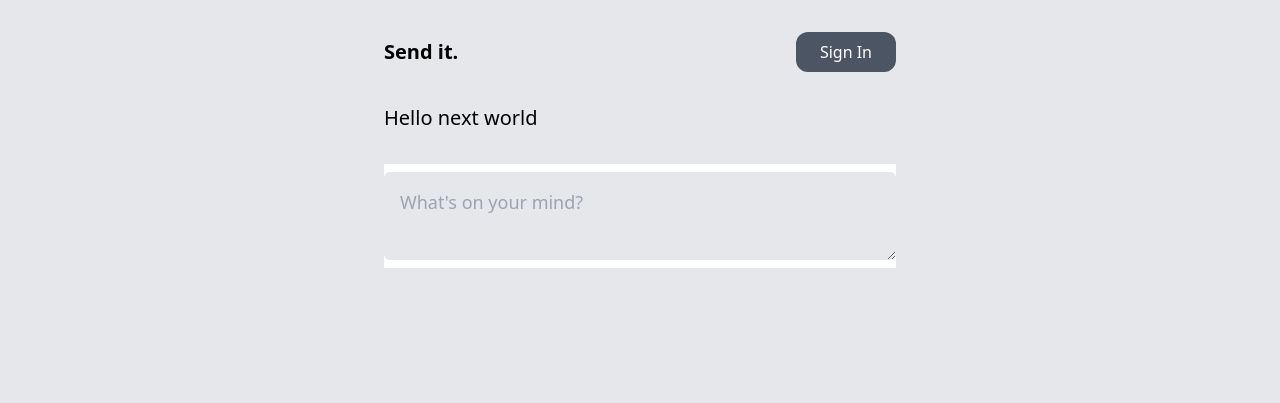
Repository: AMT98/SEND-IT
Page: /
An editor plug-in stored every save of this project. The page is shown before and after a run of saves, followed by the edit.
The browser window is 1280 px wide. The pictures show the whole page.
The page's requests for data from a server got no answer. The project was rebuilt for these pictures with package versions that can differ from the ones it lists, and the page was loaded fresh each time. The framework's server and built-in components were replaced by stand-ins that run in the browser. No one was signed in, and anything a server would have sent is missing. Also part of the build but not shown: next.config.js, app/auth/Logged.tsx.

Above is the page before, as saved 2023-02-14 17:00:20.

### app/layout.jsx
import Nav from "./auth/Nav";
import "./globals.css";
import { Roboto } from "@next/font/google";
const roboto = Roboto ({
  subsets: ["latin"],
  weight: ['400', "700"],
  variable: "--font-roboto"
})
export default function RootLayout({ children }) {
  return (
    <html lang="en">
      {/*
        <head /> will contain the components returned by the nearest parent
        head.tsx. Find out more at https://beta.nextjs.org/docs/api-reference/file-conventions/head
      */}
      <head />
      <body className={`mx-4 md:mx-48 xl:mx-96 ${roboto.variable} bg-gray-200`}>
        <Nav />
        {children}
      </body>
    </html>
  );
}

### app/page.tsx
"use client";
import AddPost from "./components/AddPost";

export default function Home() {
  return (
    <main>
      <h1 className="text-xl">Hello next world</h1>
      <AddPost />
    </main>
  );
}

### app/auth/Nav.tsx
import Link from "next/link";
import Login from "./Login";
import { getServerSession } from "next-auth/next";
import { authOptions } from "../../pages/api/auth/[...nextauth]";
import Logged from "./Logged";

const Nav = async () => {
  const session = await getServerSession(authOptions);

  return (
    <nav className="flex justify-between items-center py-8">
      <Link href={"/"}>
        <h1 className="font-bold text-xl">Send it.</h1>
      </Link>
      <ul className="flex items-center gap-6">
        {!session?.user && <Login />}
        {session?.user && <Logged image={session.user?.image || ""} />}
      </ul>
    </nav>
  );
};

export default Nav;

### app/globals.css
@tailwind base;
@tailwind components;
@tailwind utilities;

:root {
  --max-width: 1100px;
  --border-radius: 12px;
  --font-mono: ui-monospace, Menlo, Monaco, 'Cascadia Mono', 'Segoe UI Mono',
    'Roboto Mono', 'Oxygen Mono', 'Ubuntu Monospace', 'Source Code Pro',
    'Fira Mono', 'Droid Sans Mono', 'Courier New', monospace;

  --foreground-rgb: 0, 0, 0;
  --background-start-rgb: 214, 219, 220;
  --background-end-rgb: 255, 255, 255;

  --primary-glow: conic-gradient(
    from 180deg at 50% 50%,
    #16abff33 0deg,
    #0885ff33 55deg,
    #54d6ff33 120deg,
    #0071ff33 160deg,
    transparent 360deg
  );
  --secondary-glow: radial-gradient(
    rgba(255, 255, 255, 1),
    rgba(255, 255, 255, 0)
  );

  --tile-start-rgb: 239, 245, 249;
  --tile-end-rgb: 228, 232, 233;
  --tile-border: conic-gradient(
    #00000080,
    #00000040,
    #00000030,
    #00000020,
    #00000010,
    #00000010,
    #00000080
  );

  --callout-rgb: 238, 240, 241;
  --callout-border-rgb: 172, 175, 176;
  --card-rgb: 180, 185, 188;
  --card-border-rgb: 131, 134, 135;
}

@media (prefers-color-scheme: dark) {
  :root {
    --foreground-rgb: 255, 255, 255;
    --background-start-rgb: 0, 0, 0;
    --background-end-rgb: 0, 0, 0;

    --primary-glow: radial-gradient(rgba(1, 65, 255, 0.4), rgba(1, 65, 255, 0));
    --secondary-glow: linear-gradient(
      to bottom right,
      rgba(1, 65, 255, 0),
      rgba(1, 65, 255, 0),
      rgba(1, 65, 255, 0.3)
    );

    --tile-start-rgb: 2, 13, 46;
    --tile-end-rgb: 2, 5, 19;
    --tile-border: conic-gradient(
      #ffffff80,
      #ffffff40,
      #ffffff30,
      #ffffff20,
      #ffffff10,
      #ffffff10,
      #ffffff80
    );

    --callout-rgb: 20, 20, 20;
    --callout-border-rgb: 108, 108, 108;
    --card-rgb: 100, 100, 100;
    --card-border-rgb: 200, 200, 200;
  }
}

* {
  box-sizing: border-box;
  padding: 0;
  margin: 0;
}

html,
body {
  max-width: 100vw;
  overflow-x: hidden;
}

### app/components/AddPost.tsx
"use client";
import { useState } from "react";

export default function CreatePost() {
  const [title, setTitle] = useState("");
  return (
    <form className="bg-white my-8 ">
      <div className="flex flex-col my-4">
        <textarea
          onChange={(e) => setTitle(e.target.value)}
          name="title"
          value={title}
          placeholder="What's on your mind?"
          className="p-4 text-lg rounded-md my-2 bg-gray-200"
        ></textarea>
      </div>
    </form>
  );
}

### app/auth/Login.tsx
"use client";
import { signIn } from "next-auth/react";

export default function Login() {
  return (
    <li className="list-none">
      <button onClick={() => signIn()} className="text-md bg-gray-600 text-white py-2 px-6 rounded-xl disabled:opacity-25">
        Sign In
      </button>
    </li>
  );
}

### pages/api/auth/[...nextauth].js
import NextAuth from "next-auth";
import GoogleProvider from "next-auth/providers/google";
import { PrismaAdapter } from "@next-auth/prisma-adapter";
import prisma from "../../../prisma/client";

export const authOptions = {
  adapter: PrismaAdapter(prisma),
  providers: [
    GoogleProvider({
      clientId: process.env.GOOGLE_CLIENT_ID,
      clientSecret: process.env.GOOGLE_CLIENT_SECRET,
    }),
  ],
};

export default NextAuth(authOptions);

### prisma/client.js
import {PrismaClient} from "@prisma/client"
const client = globalThis.prisma || new PrismaClient()
if (process.env.NODE_ENV !== "production") globalThis.prisma = client

export default client

Loaded but not shown: tailwind.config.js (common file)

After the next 3 saves:
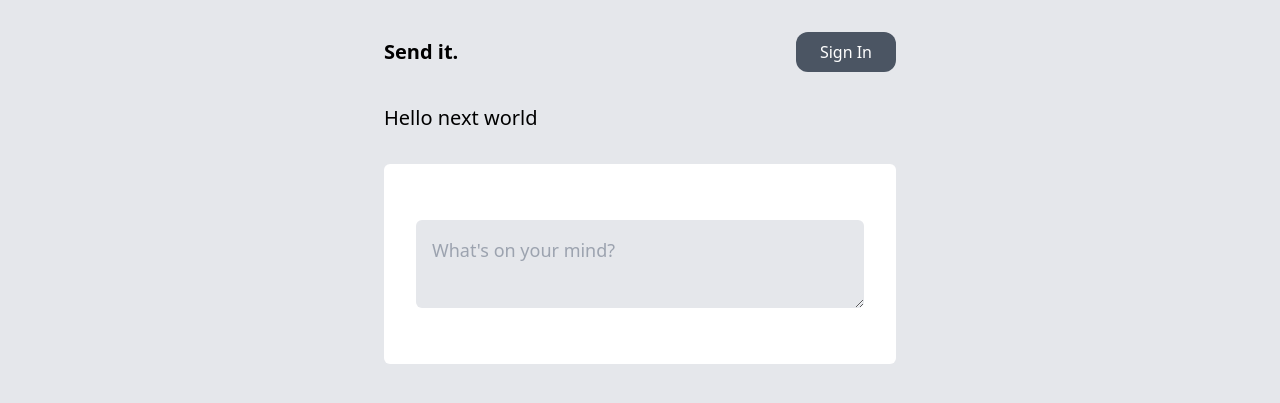
The 3 saves are shown as one change because they came seconds apart.
The last was saved 10 s later.
--- a/app/components/AddPost.tsx
+++ b/app/components/AddPost.tsx
@@ -4,7 +4,7 @@ import { useState } from "react";
 export default function CreatePost() {
   const [title, setTitle] = useState("");
   return (
-    <form className="bg-white my-8 ">
+    <form className="bg-white my-8 p-8 rounded-md">
       <div className="flex flex-col my-4">
         <textarea
           onChange={(e) => setTitle(e.target.value)}
